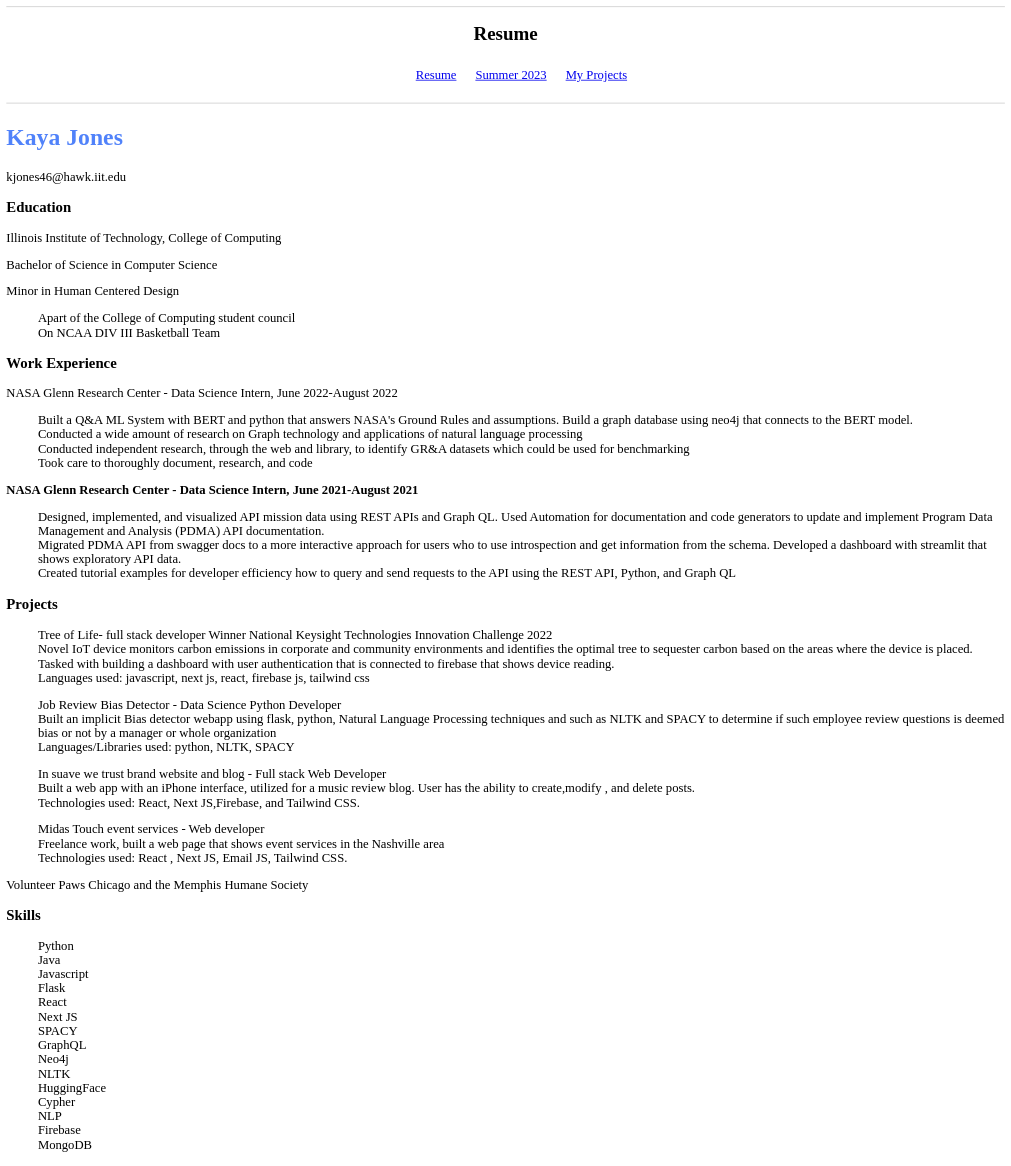
Repository: kayacancode/itm361project1
Page: index.html
These files come from the project's save history. The page is drawn as it stood at one moment and after the next save; the edit follows.
The browser window is 1280 px wide. The pictures show the whole page, at 79% of full size.
Some web fonts or font styles are not loaded; a fallback is used.

Above is the page before, as saved 2023-03-04 12:48:38.

### index.html
<!DOCTYPE html>
<html lang="en">
  <head>
    <meta charset="UTF-8" />
    <title>ITMD 361 - Web Development</title>
    <link rel="stylesheet" href="css/style.css" />

  </head>
  <body>
    <header>
      <nav>
        <h1>Resume</h1>
        <ul>
          <li><a href="index.html">Resume</a></li>
          <li><a href="summer2023.html">Summer 2023</a></li>
          <li><a href="projects.html">My Projects</a></li>
        </ul>
      </nav>
    </header>
    <h2>Kaya Jones</h2>
    <p>kjones46@hawk.iit.edu</p>
    <h3>Education</h3>
    <p>Illinois Institute of Technology, College of Computing</p>
    <p>Bachelor of Science in Computer Science</p>
    <p>Minor in Human Centered Design</p>
    <ul >
      <li>Apart of the College of Computing student council</li>
      <li>On NCAA DIV III Basketball Team</li>
    </ul>
    <section>
    <h3>Work Experience</h3>
    <p>
      NASA Glenn Research Center - Data Science Intern, June 2022-August 2022
    </p>
    <ul >
      <li>
        Built a Q&A ML System with BERT and python that answers NASA's Ground
        Rules and assumptions. Build a graph database using neo4j that connects
        to the BERT model.
      </li>
      <li>
        Conducted a wide amount of research on Graph technology and applications
        of natural language processing
      </li>
      <li>
        Conducted independent research, through the web and library, to identify
        GR&A datasets which could be used for benchmarking
      </li>
      <li>Took care to thoroughly document, research, and code</li>
    </ul>
    <p>
      <span style="font-weight:bold">NASA Glenn Research Center - Data Science Intern, June 2021-August 2021 </span>
    </p>
    <ul >
      <li>
        Designed, implemented, and visualized API mission data using REST APIs
        and Graph QL. Used Automation for documentation and code generators to
        update and implement Program Data Management and Analysis (PDMA) API
        documentation.
      </li>
      <li>
        Migrated PDMA API from swagger docs to a more interactive approach for
        users who to use introspection and get information from the schema.
        Developed a dashboard with streamlit that shows exploratory API data.
      </li>
      <li>
        Created tutorial examples for developer efficiency how to query and send
        requests to the API using the REST API, Python, and Graph QL
      </li>
    </ul>
  </section>
  <section>
    <h3>Projects</h3>
    <ul>
      <li>
        Tree of Life- full stack developer Winner National Keysight Technologies
        Innovation Challenge 2022
      </li>
      <li>
        Novel IoT device monitors carbon emissions in corporate and community
        environments and identifies the optimal tree to sequester carbon based
        on the areas where the device is placed.
      </li>
      <li>
        Tasked with building a dashboard with user authentication that is
        connected to firebase that shows device reading.
      </li>
      <li>
        Languages used: javascript, next js, react, firebase js, tailwind css
      </li>
    </ul>
    <ul>
      <li>Job Review Bias Detector - Data Science Python Developer</li>
      <li>
        Built an implicit Bias detector webapp using flask, python, Natural
        Language Processing techniques and such as NLTK and SPACY to determine
        if such employee review questions is deemed bias or not by a manager or
        whole organization
      </li>

      <li>Languages/Libraries used: python, NLTK, SPACY</li>
    </ul>
    <ul >
      <li>
        In suave we trust brand website and blog - Full stack Web Developer
      </li>
      <li>
        Built a web app with an iPhone interface, utilized for a music review
        blog. User has the ability to create,modify , and delete posts.
      </li>

      <li>Technologies used: React, Next JS,Firebase, and Tailwind CSS.</li>
    </ul>

    <ul>
      <li>Midas Touch event services - Web developer</li>
      <li>
        Freelance work, built a web page that shows event services in the
        Nashville area
      </li>

      <li>Technologies used: React , Next JS, Email JS, Tailwind CSS.</li>
    </ul>
  </section>
    <p>Volunteer Paws Chicago and the Memphis Humane Society</p>

    <h3>Skills</h3>
    <ul >
      <li>Python</li>
      <li>Java</li>
      <li>Javascript</li>
      <li>Flask</li>
      <li>React</li>
      <li>Next JS</li>
      <li>SPACY</li>
      <li>GraphQL</li>
      <li>Neo4j</li>
      <li>NLTK</li>
      <li>HuggingFace</li>
      <li>Cypher</li>
      <li>NLP</li>
      <li>Firebase</li>
      <li>MongoDB</li>
    </ul>
  </body>
</html>

### css/style.css
@import url("https://fonts.googleapis.com/css2?family=Tilt+Warp&display=swap");

ul{
    list-style-type: none;
}

nav{
    border:1px solid #ccc;
    border-width:1px 0;
    list-style:none;
    margin:0;
    padding:0;
    text-align:center;
}
nav li{
    display:inline;
}
nav a{
    display:inline-block;
    padding:10px;
}

h1{
    font-family: "Tilt Warp", cursive;

}
h2{
    font-size: 30px;
    font-family: "Tilt Warp", cursive;
    color:#5082FA;
}

.websites img{
    display: block;
    margin-left: auto;
    margin-right: auto;
    max-width: 50%;
    height: 350px;
    border-radius: 20px;
}

After the next save:
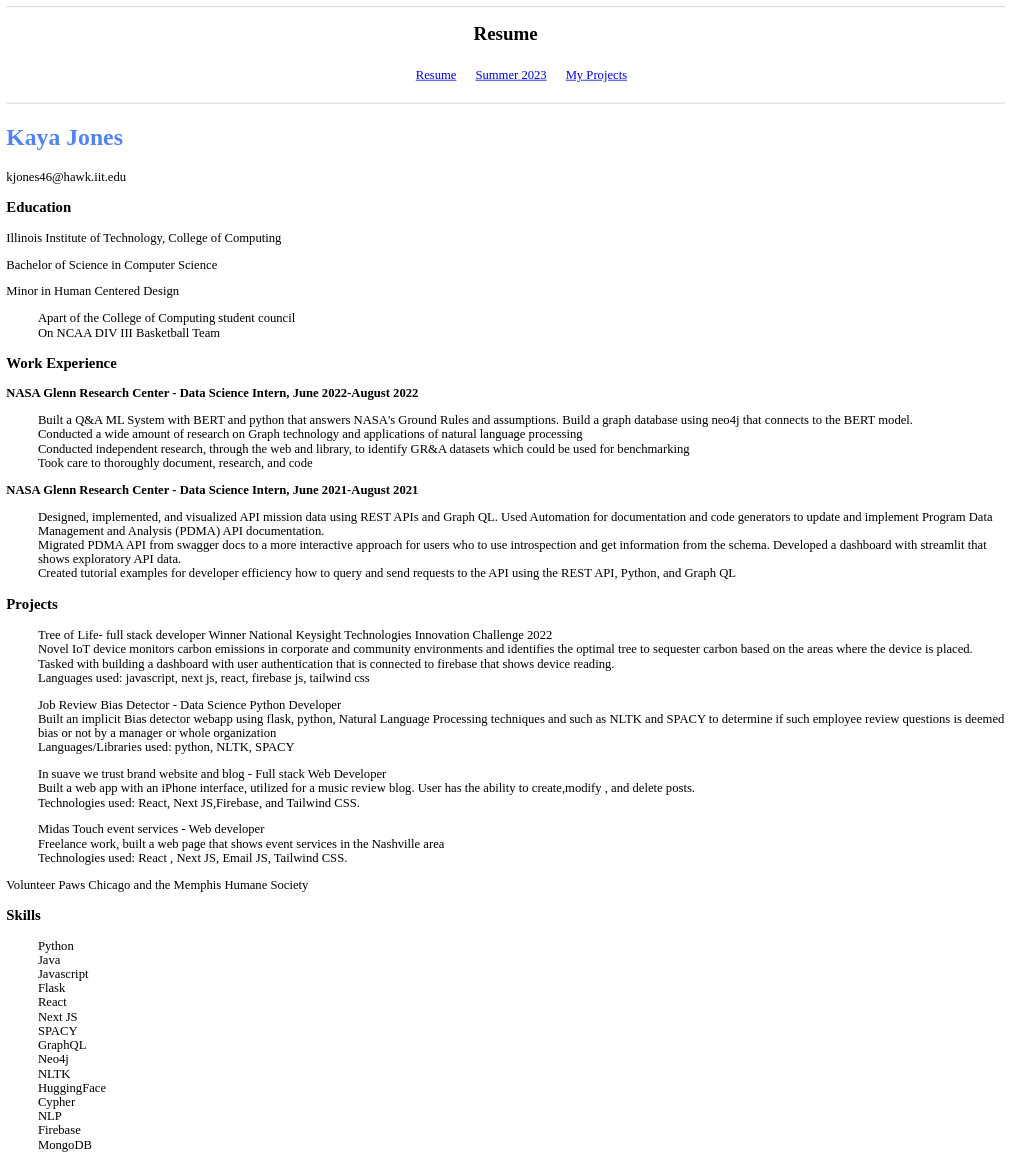
Saved 42 s later.
--- a/index.html
+++ b/index.html
@@ -30,7 +30,7 @@
     <section>
     <h3>Work Experience</h3>
     <p>
-      NASA Glenn Research Center - Data Science Intern, June 2022-August 2022
+      <span style="font-weight:bold">NASA Glenn Research Center - Data Science Intern, June 2022-August 2022 </span>
     </p>
     <ul >
       <li>
